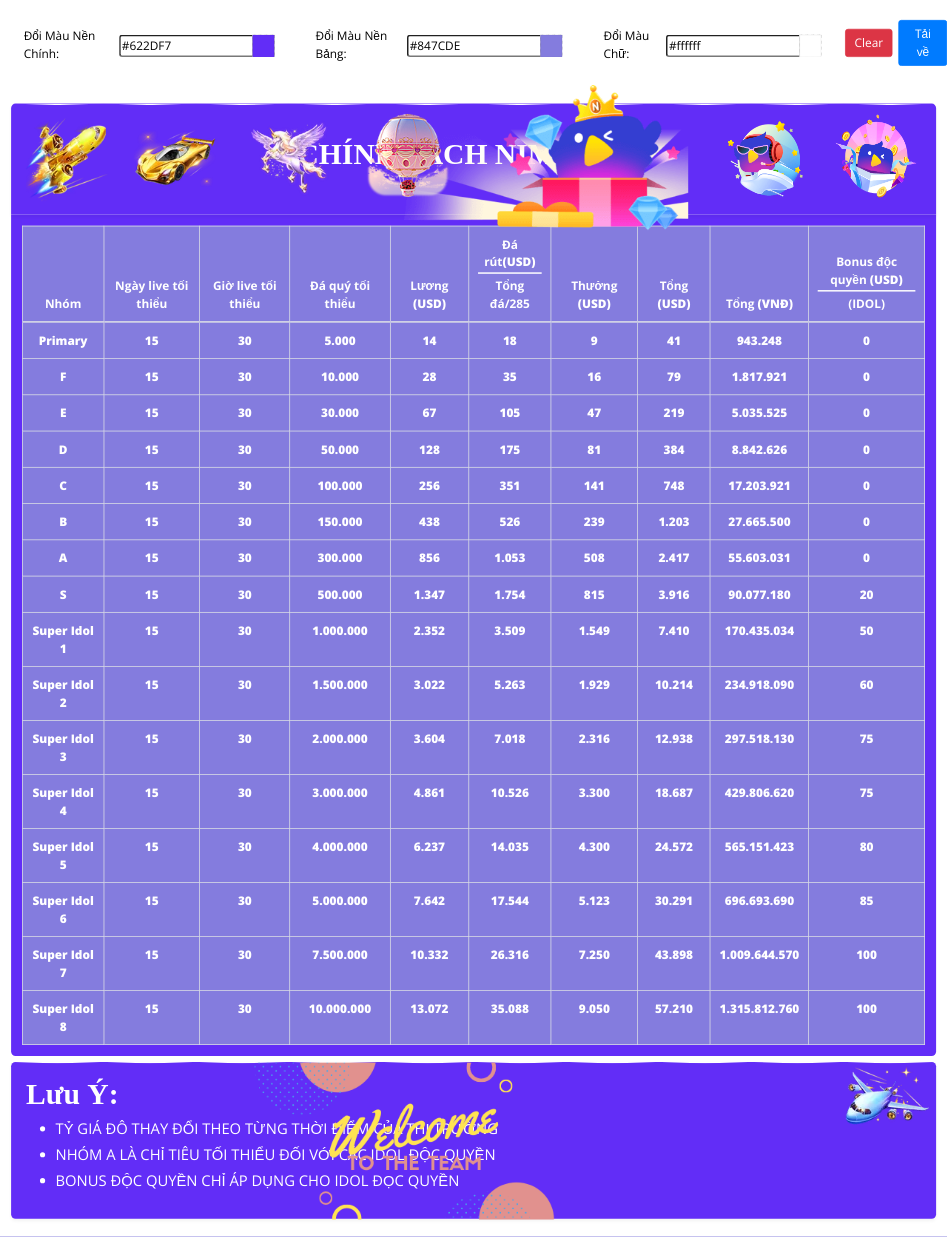
Repository: dav1601/nimo-work
Page: http://localhost/
These files come from the project's save history. The page is drawn as it stood at one moment and after the next save; the edit follows.
The browser window is 1280 px wide. The pictures show the whole page, at 74% of full size.
The page is run by PHP 8.4 with error messages shown; the project is at /var/www/html/.

Above is the page before, as saved 2022-04-15 15:32:07.

After the next save:
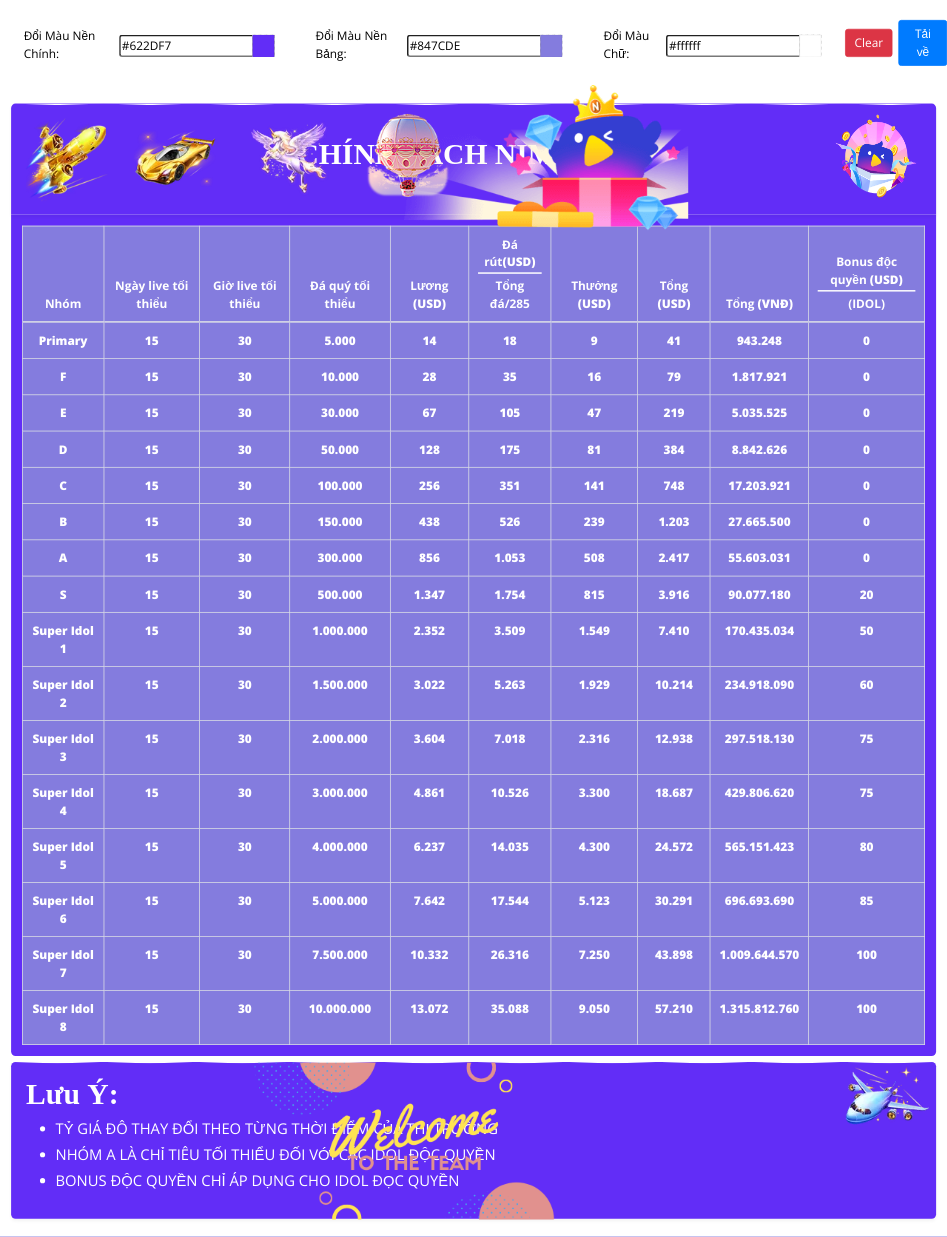
Saved 30 s later.
--- a/index.php
+++ b/index.php
@@ -223,7 +223,9 @@
             border-bottom-right-radius: 6px;
         }
         @media only screen and (max-width: 1336px) {
-
+    .img-4 {
+        display: none;
+    }
 }
     </style>
     <div id="wrapper">
